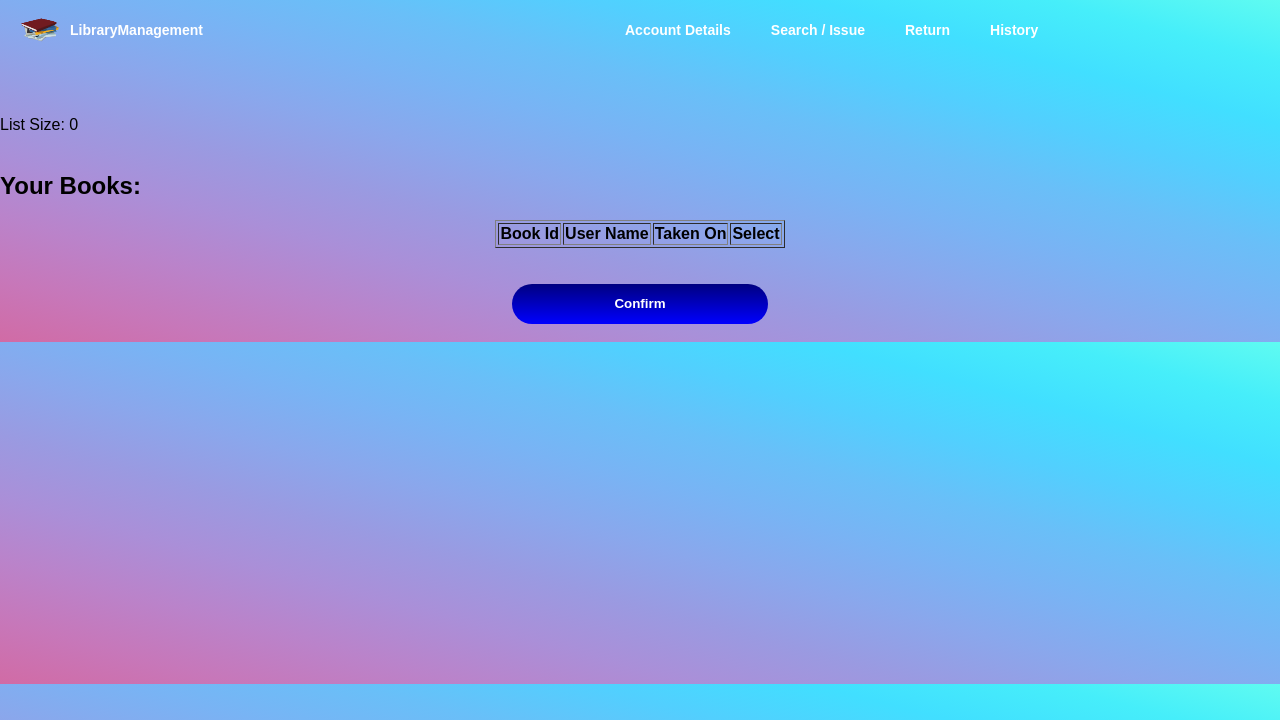
Repository: amitSai12/CMS
Page: http://localhost/LibraryManagementDemo/TranBook.jsp
An editor plug-in stored every save of this project. The page is shown before and after the next save, followed by the edit.
The browser window is 1280 px wide. The pictures show the whole page.
The page is served by Tomcat 9. Other server files are loaded and not shown. Queries for data that is not in the repository find no rows.

Above is the page before, as saved 2023-10-01 19:43:52.

### Day1_Thu/LibraryManagementDemo/src/main/webapp/TranBook.jsp
<%@page import="com.java.library.Books"%>
<%@page import="java.util.List"%>
<%@page import="com.java.library.LibraryDAOImpl"%>
<%@page import="com.java.library.LibraryDAO"%>
<%@ page language="java" contentType="text/html; charset=ISO-8859-1"
	pageEncoding="ISO-8859-1"%>
<%@taglib uri="http://java.sun.com/jsp/jstl/core" prefix="c"%>
<%@taglib uri="http://java.sun.com/jsp/jstl/sql" prefix="sql"%>
<!DOCTYPE html>
<html>
<head>
<meta charset="ISO-8859-1">
<title>Insert title here</title>
<link rel="stylesheet" href="menu.css">
</head>
<body>
	<jsp:include page="Menu.jsp" />

	<%
	LibraryDAO dao = new LibraryDAOImpl();
	List<Books> returnbooksList = dao.returnBook();
	%>
	<br>
	<br> List Size:
	<%=returnbooksList.size()%>


	<br>
	<br>
	<form method="get" action="returnBook.jsp">
		<h2>Your Books:</h2>
		<center>
			<table border="1">
				<tr>
					<th>Book Id</th>
					<th>User Name</th>
					<th>Taken On</th>
					<th>Select</th>
				</tr>
				</center>
				<%
				for (Books book : returnbooksList) {
				%>
				<tr>
					<td><%=book.getId()%></td>
					<td><%=book.getName()%></td>
					<td><%=book.getFromDate()%></td>
					<%-- <td><input type="checkbox"id="check2" name="check2"
				 value="<%=book.getId()%>">
				</td> --%>
					<td><input type="checkbox" id="check<%=book.getId()%>"
						name="box" value="<%=book.getId()%>"></td>
					<%
					}
					%>

			</table>
			<br>
			<br> <input type="submit" value="Confirm" id="return" /><br>
			<br>
	</form>
	</center>
</body>
</html>

### Day1_Thu/LibraryManagementDemo/src/main/webapp/Menu.jsp
<!DOCTYPE html PUBLIC "-//W3C//DTD HTML 4.01 Transitional//EN" "http://www.w3.org/TR/html4/loose.dtd">
<html>
<head>
<meta http-equiv="Content-Type" content="text/html; charset=ISO-8859-1">
<title>User Account Page</title>
<link rel="stylesheet" href="menu.css">
</head>
<body>
	<div class="logo">
		<img
			src="kisspng-book-clip-art-vector-books-5aa7e41834c997.8769820715209523442162.png"
			alt="Your Logo"> <span class="logo-text">LibraryManagement</span>

	<div class="menu">
		<div class="atwo">
			<a href="AccountDetails.jsp">Account Details</a>
		</div>
		<div class="atwo">
			<a href="Search.jsp">Search / Issue</a>
		</div>
		<div class="atwo">
			<a href="TranBook.jsp">Return</a>
		</div>
		<div class="atwo">
			<a href="History.jsp">History</a>
		</div>
	</div>
	</div>



</body>
</html>

### Day1_Thu/LibraryManagementDemo/src/main/java/com/java/library/LibraryDAO.java
package com.java.library;

import java.sql.SQLException;
import java.util.List;

public interface LibraryDAO {

	String createUser(LibUsers libUsers) throws ClassNotFoundException, SQLException;

	int authenticate(LibUsers libUsers) throws ClassNotFoundException, SQLException;

	List<Books> searchBooks(String searchType, String searchValue) throws ClassNotFoundException, SQLException;

	String updateBooks(int bookId,String user) throws ClassNotFoundException, SQLException;

	Books getBookById(int Id) throws ClassNotFoundException, SQLException;

	Books getBookByUser(String User) throws ClassNotFoundException, SQLException;

	List<Books> returnBook() throws ClassNotFoundException, SQLException;

	String returnBooks(int bookId, String userName) throws ClassNotFoundException, SQLException;
}

### Day1_Thu/LibraryManagementDemo/src/main/java/com/java/library/LibraryDAOImpl.java
package com.java.library;

import java.sql.Connection;
import java.sql.PreparedStatement;
import java.sql.ResultSet;
import java.sql.SQLException;
import java.util.ArrayList;
import java.util.List;

import com.mysql.cj.xdevapi.Result;

public class LibraryDAOImpl implements LibraryDAO {

	Connection connection;
	PreparedStatement pst;

// to create user and password -----------------------------------------------
	@Override
	public String createUser(LibUsers libUsers) throws ClassNotFoundException, SQLException {
		connection = ConnectionHelper.getConnection();
		String enPwd = EncryptPassword.getCode(libUsers.getPassword());
		String cmd = "Insert into LibUsers(Username,Password) values(?,?)";
		pst = connection.prepareStatement(cmd);
		pst.setString(1, libUsers.getUserName());
		pst.setString(2, enPwd);
		pst.executeUpdate();
		return "Your Account Created ...";
	}

// login for existing users --------------------------------------------------------
	@Override
	public int authenticate(LibUsers libUsers) throws ClassNotFoundException, SQLException {
		connection = ConnectionHelper.getConnection();
		String encr = EncryptPassword.getCode(libUsers.getPassword());
		String cmd = "select count(*) cnt from LibUsers where userName=? AND Password=?";
		pst = connection.prepareStatement(cmd);
		pst.setString(1, libUsers.getUserName());
		pst.setString(2, encr.trim());
		ResultSet rs = pst.executeQuery();
		rs.next();
		int count = rs.getInt("cnt");
		return count;

	}

// to search the list of books by their id, name and all -------------------------------------
	@Override
	public List<Books> searchBooks(String searchType, String searchValue) throws ClassNotFoundException, SQLException {
		String sql;
		boolean isValid = true;
		if (searchType.equals("id")) {
			sql = "SELECT * from Books where Id=?";
		} else if (searchType.equals("bookname")) {
			sql = "SELECT * from Books where name=?";
		} else if (searchType.equals("authorname")) {
			sql = "SELECT * from Books where author=?";
		} else if (searchType.equals("dept")) {
			sql = "SELECT * from Books where dept=?";
		} else {
			isValid = false;
			sql = "SELECT * from Books";
		}
		connection = ConnectionHelper.getConnection();
		pst = connection.prepareStatement(sql);
		if (isValid == true) {
			pst.setString(1, searchValue);
		}
		ResultSet rs = pst.executeQuery();
		Books books = null;
		List<Books> booksList = new ArrayList<Books>();
		while (rs.next()) {
			books = new Books();
			books.setId(rs.getInt("id"));
			books.setName(rs.getString("name"));
			books.setAuthor(rs.getString("author"));
			books.setEdition(rs.getString("edition"));
			books.setDept(rs.getString("dept"));
			books.setNoOfBooks(rs.getInt("TotalBooks"));
			booksList.add(books);

		}
		return booksList;
	}

// to issue the book and update them in the table by subtracting one book from db -------------------
	@Override
	public String updateBooks(int bookId, String user) throws ClassNotFoundException, SQLException {
		connection = ConnectionHelper.getConnection();
		Books book = getBookById(bookId);

		if (hasUserIssuedBook(bookId, user)) {
			return "You have already issued this book.";
		} else {

			String cmd = "UPDATE Books SET TotalBooks = TotalBooks - 1 WHERE Id = ?";
			pst = connection.prepareStatement(cmd);
			pst.setInt(1, bookId);
			pst.executeUpdate();
			cmd = "Insert into TranBook(bookId,userName) values(?,?)";
			pst = connection.prepareStatement(cmd);
			pst.setInt(1, bookId);
			pst.setString(2, user);
			pst.executeUpdate();
			return "Book Issued Successfully";
		}
	}

// to get the bookId ------------------------------------------------------------------------

	@Override
	public Books getBookById(int Id) throws ClassNotFoundException, SQLException {
		Connection connection = ConnectionHelper.getConnection();
		PreparedStatement preparedStatement = null;
		ResultSet resultSet = null;
		Books book = null;

		try {
			String query = "SELECT * FROM Books WHERE Id = ?";
			preparedStatement = connection.prepareStatement(query);
			preparedStatement.setInt(1, Id);
			resultSet = preparedStatement.executeQuery();

			if (resultSet.next()) {
				// Retrieve book details from the result set
				int id = resultSet.getInt("Id");
				String name = resultSet.getString("Name");
				String author = resultSet.getString("Author");
				String edition = resultSet.getString("Edition");
				String dept = resultSet.getString("Dept");
				int noOfBooks = resultSet.getInt("TotalBooks");
				// Retrieve other book details...

				// Create a Books object with retrieved details
				book = new Books(id, name, author, edition, dept, noOfBooks);
			}
		} catch (SQLException e) {
			e.printStackTrace();
			// Handle any exceptions or log errors
		} finally {
			// Close database resources (connection, statement, and result set)
			// Handle resource closing exceptions if necessary
		}

		return book;
	}

// to get the user -----------------------------------------------------------------------------
	@Override
	public Books getBookByUser(String User) throws ClassNotFoundException, SQLException {
		Connection connection = ConnectionHelper.getConnection();
		PreparedStatement preparedStatement;
		ResultSet resultSet;
		Books book1 = null;

		try {
			String query = "SELECT * FROM Books WHERE UserName = ?";
			preparedStatement = connection.prepareStatement(query);
			preparedStatement.setString(1, User);
			resultSet = preparedStatement.executeQuery();

			if (resultSet.next()) {
				// Retrieve book details from the result set
				int id = resultSet.getInt("Id");
				String name = resultSet.getString("Name");
				String author = resultSet.getString("Author");
				String edition = resultSet.getString("Edition");
				String dept = resultSet.getString("Dept");
				int noOfBooks = resultSet.getInt("TotalBooks");
				// Retrieve other book details...

				// Create a Books object with retrieved details
				book1 = new Books(id, name, author, edition, dept, noOfBooks);
			}
		} catch (SQLException e) {
			e.printStackTrace();
			// Handle any exceptions or log errors
		} finally {
			// Close database resources (connection, statement, and result set)
			// Handle resource closing exceptions if necessary
		}

		return book1;
	}

	private boolean hasUserIssuedBook(int bookId, String user) throws SQLException {
		// Check if the user has already issued the same book
		String query = "SELECT COUNT(*) FROM TranBook WHERE bookId = ? AND userName = ?";
		PreparedStatement preparedStatement = null;
		ResultSet resultSet = null;

		try {
			preparedStatement = connection.prepareStatement(query);
			preparedStatement.setInt(1, bookId);
			preparedStatement.setString(2, user);
			resultSet = preparedStatement.executeQuery();

			if (resultSet.next()) {
				int count = resultSet.getInt(1);
				return count > 0;
			}
		} finally {
			// Close resources
			if (resultSet != null) {
				resultSet.close();
			}
			if (preparedStatement != null) {
				preparedStatement.close();
			}
		}

		return false;
	}

	@Override
	public String returnBooks(int bookId, String userName) throws ClassNotFoundException, SQLException {
		/*
		 * connection = ConnectionHelper.getConnection();
		 *
		 *
		 * Books book = getBookById(bookId); Books book1 = getBookByUser(user);
		 *
		 *
		 * String cmd = "DELETE FROM TranBook WHERE bookId = ? AND userName = ?"; pst =
		 * connection.prepareStatement(cmd); pst.setInt(1, bookId);
		 *
		 * pst.setString(2, user); pst.executeUpdate();
		 *
		 * cmd = "Insert into transreturn(bookId,userName) values(?,?)"; pst =
		 * connection.prepareStatement(cmd); pst.setInt(1, bookId); pst.setString(2,
		 * user); pst.executeUpdate();
		 *
		 * cmd = "UPDATE Books SET TotalBooks = TotalBooks + 1 WHERE Id = ?"; pst =
		 * connection.prepareStatement(cmd); pst.setInt(1, bookId); pst.executeUpdate();
		 */
		connection = ConnectionHelper.getConnection();
		String cmd = "Delete from tranbook where bookId = ?";
		pst = connection.prepareStatement(cmd);
		pst.setInt(1, bookId);
		pst.executeUpdate();

		cmd =  "update books set TotalBooks=TotalBooks+1 where id =?";
		pst = connection.prepareStatement(cmd);
		pst.setInt(1, bookId);
		pst.executeUpdate();

		cmd = "Insert into transreturn (userName,bookId) values(?,?)";
		pst = connection.prepareStatement(cmd);
		pst.setString(1, userName);
		pst.setInt(2, bookId);

		pst.executeUpdate();
		return "Book Returned Sucessfully";
	}

	@Override
	public List<Books> returnBook() throws ClassNotFoundException, SQLException {
		connection = ConnectionHelper.getConnection();
		String sql = "SELECT * from tranbook";
		pst = connection.prepareStatement(sql);
		ResultSet rs = pst.executeQuery();
		Books books = null;
		List<Books> returnbooksList = new ArrayList<Books>();
		while (rs.next()) {
			books = new Books();
			books.setId(rs.getInt("bookid"));
			books.setName(rs.getString("Username"));
			books.setFromDate(rs.getDate("fromDate"));
			returnbooksList.add(books);

		}
		return returnbooksList;
	}

}

### Day1_Thu/LibraryManagementDemo/src/main/java/com/java/library/ConnectionHelper.java
package com.java.library;

import java.sql.Connection;
import java.sql.DriverManager;
import java.sql.SQLException;
import java.util.ResourceBundle;

public class ConnectionHelper {

	public static Connection getConnection() throws ClassNotFoundException, SQLException {
		ResourceBundle rb = ResourceBundle.getBundle("db");
		String driver = rb.getString("driver");
		String url = rb.getString("url");
		String user = rb.getString("user");
		String pwd = rb.getString("password");

		Connection connection = null;
		Class.forName(driver);
		connection = DriverManager.getConnection(url, user, pwd);
		return connection;
	}
}

### Day1_Thu/LibraryManagementDemo/src/main/webapp/menu.css
body {
    font-family: Arial, sans-serif;
   background-image: linear-gradient(to right top, #d16ba5, #c777b9, #ba83ca, #aa8fd8, #9a9ae1, #8aa7ec, #79b3f4, #69bff8, #52cffe, #41dfff, #46eefa, #5ffbf1);
    margin: 0;
    padding: 0;
}

.logo {

    display: flex;
    align-items: center;
    padding: 10px 20px;
    color: white;
    margin-bottom: 20px; /* Adjust margin to create space below the logo */
}

/* Style the logo image */
.logo img {
    width: 40px; /* Adjust the width as needed */
    height: 40px; /* Adjust the height as needed */
    margin-right: 10px; /* Add some spacing between the image and text */
}

/* Style the logo text */
.logo-text {
    font-size: 14px; /* Adjust the font size as needed */
    font-weight: bold; /* Make the text bold */
}

.menu {
	 position: fixed;
    display: flex;
    justify-content: flex-end; /* Move menu to the right top corner */
    padding: 10px 20px; /* Adjust padding as needed */
    border-radius: 31px;
   margin-left: 565px;
}

.menu a {
    text-decoration: none; /* Remove the default underline */
    color: white;
    font-weight: bold;
    padding: 10px 20px;
    border-radius: 5px;
    position: relative; /* Add relative positioning */
    transition: color 0.3s;/* Add transitions for color and background-color */
    font-size: 14px;
}

.menu a-text {
    font-size: 6px; /* Adjust the font size as needed */
    font-weight: bold;
}

.menu a::before {
    content: ""; /* Create an empty pseudo-element */
    position: absolute; /* Set absolute positioning */
    bottom: 0; /* Position it at the bottom */
    left: 10%; /* Align it with the left edge of the link */
    width: 0%; /* Initially, the width is 0% */
    height: 2px; /* Set the height of the underline */
   background-image: linear-gradient(to right, #1b009f, #131d93, #1b2a84, #273273, #323961, #353b57, #393d4d, #3d3e42, #3c3c3f, #3a3a3c, #39393a, #373737); /* Color of the underline */
    transition: width 0.5s ease; /* Add a transition for width */
}

.menu a:hover {
 color:rgb(255, 255, 255);
}

.menu a:hover::before {
    width: 80%; /* Expand the width of the underline on hover */
}



/* Rest of your CSS styles */
/* ... */

/* Style the Issue and Return buttons */
input#issue,
input#return {
    background: linear-gradient(to bottom, rgb(0, 0, 128), rgb(0, 0, 255));
    width: 20%;
    border-radius: 29px;
    color: white;
    height: 40px;
    border: 2px;
    cursor: pointer;
    transition: background-color 0.3s ease;
    font-weight: bold;
}

input#issue:hover,
input#return:hover {
    background: linear-gradient(to bottom, rgb(0, 128, 255), rgb(0, 255, 255));
}

After the next save:
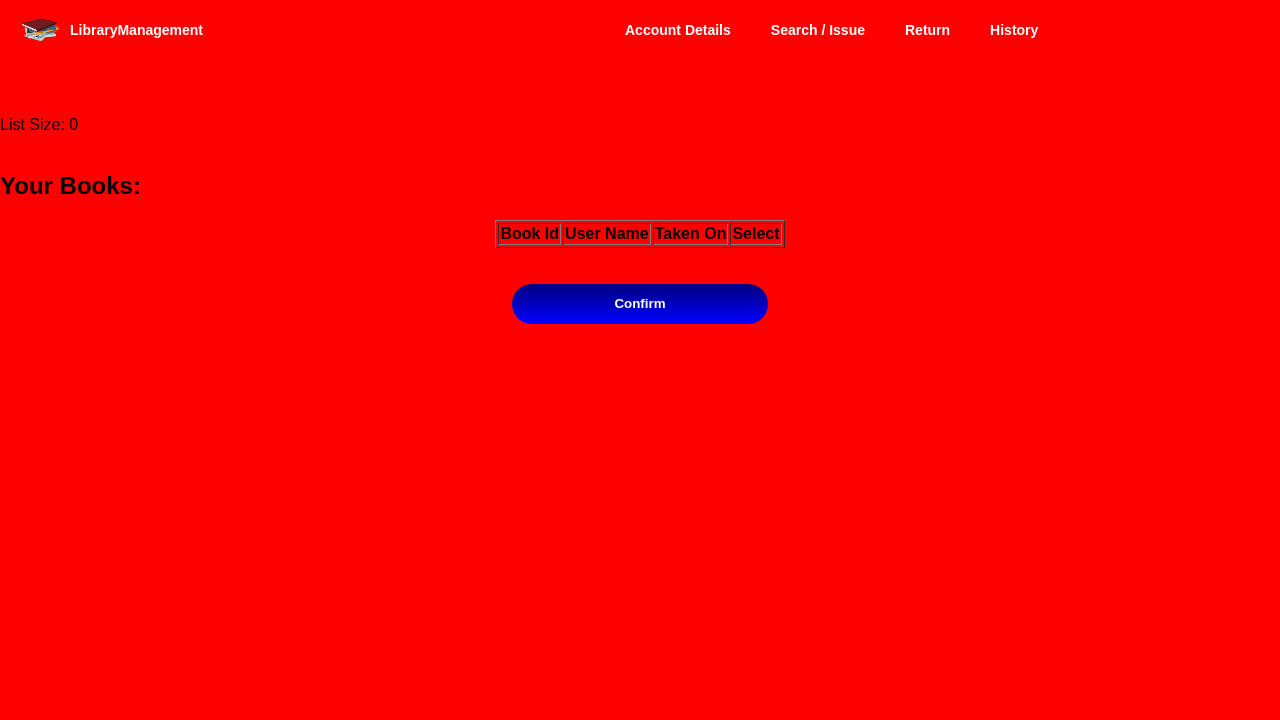
Saved 37 s later.
--- a/Day1_Thu/LibraryManagementDemo/src/main/webapp/menu.css
+++ b/Day1_Thu/LibraryManagementDemo/src/main/webapp/menu.css
@@ -1,6 +1,6 @@
 body {
     font-family: Arial, sans-serif;
-   background-image: linear-gradient(to right top, #d16ba5, #c777b9, #ba83ca, #aa8fd8, #9a9ae1, #8aa7ec, #79b3f4, #69bff8, #52cffe, #41dfff, #46eefa, #5ffbf1);
+    background-color: red;
     margin: 0;
     padding: 0;
 }
